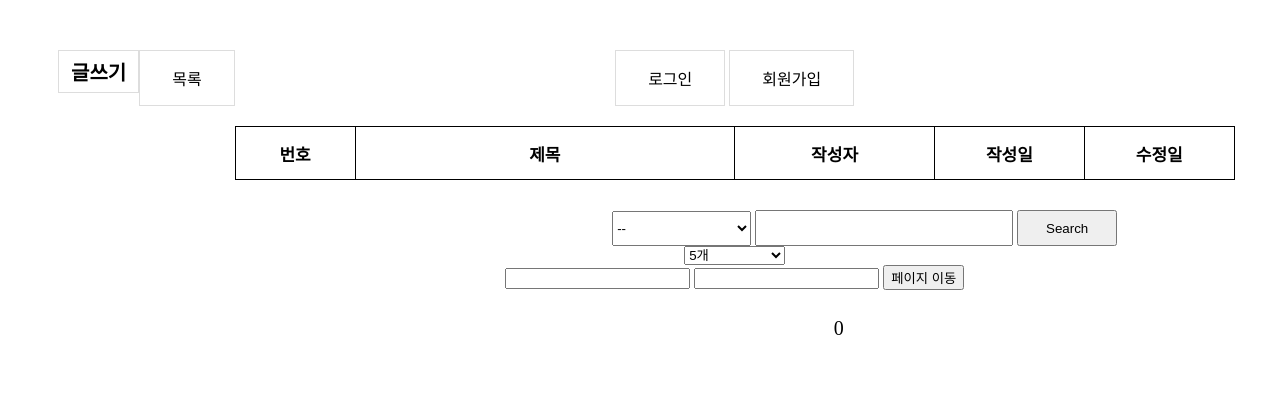
Repository: Shim-YoungDo/gaea-study
Page: http://localhost/study/WEB-INF/views/board/list.jsp
The author's editor kept a copy of each file at every save. The page is drawn from the files as they stood at one save, then again after the next save.
The browser window is 1280 px wide. The pictures show the whole page.
The page is served by Tomcat 9. Nobody is signed in. Other server files are loaded and not shown. The template is opened directly, without the code that normally fills it, so the values that code supplies are empty.

Above is the page before, as saved 2021-12-13 07:58:02.

### study/src/main/webapp/WEB-INF/views/board/list.jsp
<%@ page language="java" contentType="text/html; charset=UTF-8"
	pageEncoding="UTF-8"%>
<%@ taglib uri="http://java.sun.com/jsp/jstl/core" prefix="c"%>
<%@ taglib prefix="fmt" uri="http://java.sun.com/jsp/jstl/fmt"%>
<!DOCTYPE html>
<html>
<head>
<meta charset="UTF-8">
<title>Insert title here</title>
<link rel="stylesheet" href="/resources/css/board/list.css">
<script src="https://code.jquery.com/jquery-3.4.1.js"
	integrity="sha256-WpOohJOqMqqyKL9FccASB9O0KwACQJpFTUBLTYOVvVU="
	crossorigin="anonymous"></script>
</head>
<body>
	<div class="table_wrap">
		<a href="/board/registeView" class="enroll_btn">글쓰기</a>
		<a href="/board/list" class="list_btn">목록</a>
		<div class="login_area">
		<!-- 로그인 x -->
		<c:if test="${member==null}">
		<div class="login_button"><a href="/member/login">로그인</a></div>
		<span><a href="/member/join">회원가입</a></span>
		</c:if>

		<!-- 로그인 o -->
		<c:if test="${member != null}">
		<div class="login_success_area">
			<span>이름:${member.memberName}</span>
			<span>아이디:${member.memberID}</span>
			<a href="/member/logout">로그아웃</a>
		</div>
		</c:if>

		<table>
			<thead>
				<tr>
					<th class="bno_width">번호</th>
					<th class="title_width">제목</th>
					<th class="writer_width">작성자</th>
					<th class="regdate_width">작성일</th>
					<th class="updatedate_width">수정일</th>
				</tr>
			</thead>
			<c:forEach items="${list}" var="list">
				<tr>
					<td><c:out value="${list.boardNumber}" /></td>
					<td>
						<a class="move" href='<c:out value="${list.boardNumber}"/>'>
							<c:out value="${list.boardTitle}" />
						</a>
					</td>
					<td>
						<c:out value="${list.boardWriter}" />
					</td>
					<td>
						<fmt:formatDate pattern="yyyy/MM/dd"
							value="${list.boardRegistrationDate}" />
					</td>
					<td>
						<fmt:formatDate pattern="yyyy/MM/dd"
							value="${list.boardUpdateDate}" />
					</td>
				</tr>
			</c:forEach>
		</table>

		<div class="search_wrap">
			<div class="search_area">
				<select name="type">
                <option value="" <c:out value="${pageMake.cri.type == null?'selected':'' }"/>>--</option>
                <option value="T" <c:out value="${pageMake.cri.type eq 'T'?'selected':'' }"/>>제목</option>
                <option value="C" <c:out value="${pageMake.cri.type eq 'C'?'selected':'' }"/>>내용</option>
                <option value="W" <c:out value="${pageMake.cri.type eq 'W'?'selected':'' }"/>>작성자</option>
                <option value="TC" <c:out value="${pageMake.cri.type eq 'TC'?'selected':'' }"/>>제목 + 내용</option>
                <option value="TW" <c:out value="${pageMake.cri.type eq 'TW'?'selected':'' }"/>>제목 + 작성자</option>
                <option value="TCW" <c:out value="${pageMake.cri.type eq 'TCW'?'selected':'' }"/>>제목 + 내용 + 작성자</option>
            </select>
				<input type="text" name="keyword" value="${pageMake.cri.keyword}">
				<button>Search</button>
			</div>
		</div>

		<div class="amount_wrap">
			<div class="amount_area">

					<select name="amount" onchange="selectBoxChange(this.value);">
						<option value="" disabled >=== 선택 ===</option>
						<option value=5 <c:out value="${pageMake.cri.amount == 5?'selected':''}"/>>5개</option>
    					<option value=10 <c:out value="${pageMake.cri.amount == 10?'selected':''}"/>>10개</option>
    					<option value=20 <c:out value="${pageMake.cri.amount == 20?'selected':''}"/>>20개</option>
    					<option value=25 <c:out value="${pageMake.cri.amount == 25?'selected':''}"/>>25개</option>

					</select>

			</div>
		</div>


		<div class="page_select_wrap">
			<div class="page_select_area">
				<input type = "text" pattern="\d" name="pageSelect"value='<c:out value="${pageMake.cri.pageNum}"/>'>
				<input name = "totalPage" readonly="readonly" value = '<c:out value="${pageMake.realEnd}"/>'>
				<button>페이지 이동</button>
			</div>
		</div>

		<div class="pageInfo_wrap">
			<div class="pageInfo_area">
				<ul id="pageInfo" class="pageInfo">

					<!-- 이전페이지 버튼 -->
					<c:if test="${pageMake.prev}">
						<li class="pageInfo_btn previous"><a href="${pageMake.startPage-1}">이전</a></li>
					</c:if>

					<!-- 각 번호 페이지 버튼 -->
					<c:forEach var="num" begin="${pageMake.startPage}" end="${pageMake.endPage}">
						<li class="pageInfo_btn ${pageMake.cri.pageNum == num ? "active":"" }"><a href="${num}">${num}</a></li>
					</c:forEach>

					<!--
					<form id="pageForm" method="post">
					<select name="amount" id="amount" onchange="selectBoxChange(this.value);">
						<option value="none">=== 선택 ===</option>
						<option value="5">5개</option>
    					<option value="10">10개</option>
    					<option value="20">20개</option>
					</select>
					</form>
					-->

					<!-- 다음페이지 버튼 -->
					<c:if test="${pageMake.next}">
						<li class="pageInfo_btn next"><a href="${pageMake.endPage+1}">다음</a></li>
					</c:if>
				</ul>
			</div>
		</div>

		<form id="moveForm" method="get">
			<input type="hidden" name="pageNum" value="${pageMake.cri.pageNum}">
			<input type="hidden" name="amount" value="${pageMake.cri.amount}">
			<input type="hidden" name="keyword" value="${pageMake.cri.keyword}">
			<input type="hidden" name="type" value="${pageMake.cri.type}">

		</form>
	</div>
</div>

	<script>
		let moveForm = $("#moveForm");
		let pageForm = $("#pageForm");

		$(".move").on("click", function(e) {
			e.preventDefault();
			moveForm.append("<input type='hidden' name='boardNumber' value='"
					+ $(this).attr("href") + "'>"); //<form>내부 boardNumber값을 저장하는 <input>태그 생성
			moveForm.attr("action", "/board/getPage");
			moveForm.submit();
				});

		$(".pageInfo a").on("click", function(e){
			e.preventDefault();
			moveForm.find("input[name='pageNum']").val($(this).attr("href")); //<form>내부 pageNum과 관련된 <input>태그의 value 속성값에 클릭한<a>태그 페이지 번호 삽입
			moveForm.attr("action", "/board/list");
			moveForm.submit();
		});

		/*
		var selectBoxChange = function(value){
			console.log("결과:" +value);
			$.ajax({
				type:"post",
				url:"/board/pageAmount",
				data: "pageAmount=" +value,
				success : function(data){
					alert("성공", +data);
					console.log(data);
				}
			});
		}*/

		/*
		$("#pageForm").change(function(){
			var pageAmount = value;

			$.ajax({
				type:"post",
				url:"/board/pageAmount",
				data: "pageAmount=" +pageAmount,
				success : function(data){
					alert("성공", +data);
					console.log(data);
				}
			});

		});*/


		//검색기능
		$(".search_area button").on("click", function(e){
			e.preventDefault();

			let type = $(".search_area select").val();
			let keyword = $(".search_area input[name='keyword']").val();

			if(!type){
				alert("검색 종류를 선택하세요");
				return false;
			}
			if(!keyword){
				alert("키워드를 입력하세요");
				return false;
			}

			//let val = $("input[name='keyword']").val();
			moveForm.find("input[name='type']").val(type);
			moveForm.find("input[name='keyword']").val(keyword);
			moveForm.find("input[name='pageNum']").val(1);
			moveForm.submit();
		});

		/*
		$("#pageForm").change(function(){
			var pageAmount = value;
			let amount = $(".amount_area select").val();

			pageForm.find("input[name]='amount'").val(amount);
			pageForm.submit();
		});*/

		//화면에 출력될 총 게시글 수 선택
		var selectBoxChange = function(value){

			let amount = $(".amount_area select").val();

			//pageForm.find("input[name]='amount'").val(amount);
			//pageForm.submit();
			moveForm.find("input[name='amount']").val(amount);
			moveForm.find("input[name='pageNum']").val(1);
			moveForm.submit();

			console.log("결과:" +value);
			//alert("성공", +data);
		}

		//선택 페이지 이동
		$(".page_select_area button").on("click",function(){

			let pageNum = $(".page_select_area [name='pageSelect']").val();

			moveForm.find("input[name='pageNum']").val(pageNum);
			moveForm.attr("action", "/board/list");
			moveForm.submit();
		});




		/*
		$(".page_count_area button").on("click"function(){
			let pageCount = $(".page_count_area [name='pageCount']").val();
			moveForm.find("input[name='pageCount']").val(pageCount);
			moveForm.attr("action", "/board/list");
			moveForm.submit();
		});
		*/
	</script>

</body>
</html>

### study/src/main/webapp/resources/css/board/list.css
@charset "UTF-8";
a{
  	text-decoration : none;
  }
  table{
 	border-collapse: collapse;
 	width: 1000px;
 	margin-top : 20px;
 	text-align: center;
  }
  td, th{
  	border : 1px solid black;
  	height: 50px;
  }
  th{
  	font-size : 17px;
  }
  thead{
  	font-weight: 700;
  }
  .table_wrap{
  	margin : 50px 0 0 50px;
  }
  .bno_width{
  	width: 12%;
  }
  .writer_width{
  	width: 20%;
  }
  .regdate_width{
  	width: 15%;
  }
  .updatedate_width{
  	width: 15%;
  }
  .enroll_btn{
    float:left;
  	font-size: 20px;
    padding: 6px 12px;
    background-color: #fff;
    border: 1px solid #ddd;
    font-weight: 600;
  }
  .list_btn{
    float:left;
  	background-color: #ffffff; /* Green */
    border: 1px solid #ddd;
    color: white;
    padding: 15px 32px;
    text-align: center;
    text-decoration: none;
    display: inline-block;
    font-size: 16px;
  }

  .pageInfo{
      list-style : none;
      display: inline-block;
    margin: 20px 0 0 150px;
  }
  .pageInfo li{
      float: left;
    font-size: 20px;
    margin-left: 18px;
    padding: 7px;
    font-weight: 500;
  }
  .login_area{
	height:30%;
	display:inline-block;
	text-align:center;
}
  .login_button{
  	background-color: #ffffff; /* Green */
    border: 1px solid #ddd;
    color: white;
    padding: 15px 32px;
    text-align: center;
    text-decoration: none;
    display: inline-block;
    font-size: 16px;
  }
  .login_area>span{
	background-color: #ffffff; /* Green */
    border: 1px solid #ddd;
    color: white;
    padding: 15px 32px;
    text-align: center;
    text-decoration: none;
    display: inline-block;
    font-size: 16px;
}

/*로그인 성공 영역*/
.login_success_area{
	width:25%;
	height:30%;
	border:2px solid #7474ad;
	border-radius:15px;
	margin:5% auto;
}
.login_success_area>span{
	display:block;
	text-align:left;
	margin-left:10px
}
.login_success_area>a{
    font-size: 15px;
    font-weight: 900;
    display: inline-block;
    margin-top: 5px;
    background: #e1e5e8;
    width: 82px;
    height: 22px;
    line-height: 22px;
    border-radius: 25px;
    color: #606267;
}

.search_area{
    display: inline-block;
    margin-top: 30px;
    margin-left: 260px;
  }
  .search_area input{
      height: 30px;
    width: 250px;
  }
  .search_area button{
     width: 100px;
    height: 36px;
  }

  .search_area select{
  	height:35px;
  }


 a:link {color:black; text-decoration: none;}
 a:visited {color:black; text-decoration: none;}
 a:hover {color:blue; text-decoration: underline;}
 .active{
 	text-decoration:underline;
 }

After the next save:
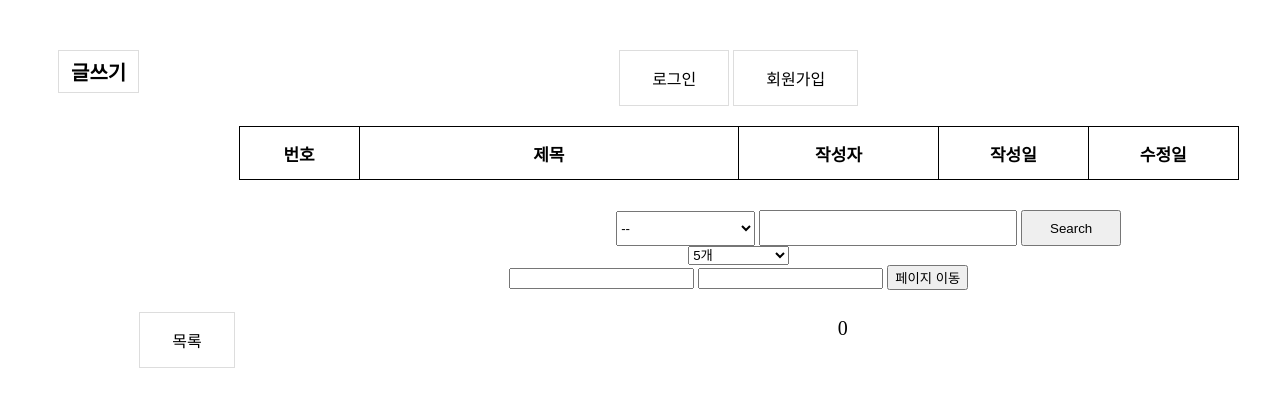
Saved 50 s later.
--- a/study/src/main/webapp/resources/css/board/list.css
+++ b/study/src/main/webapp/resources/css/board/list.css
@@ -42,7 +42,6 @@ a{
     font-weight: 600;
   }
   .list_btn{
-    float:left;
   	background-color: #ffffff; /* Green */
     border: 1px solid #ddd;
     color: white;
